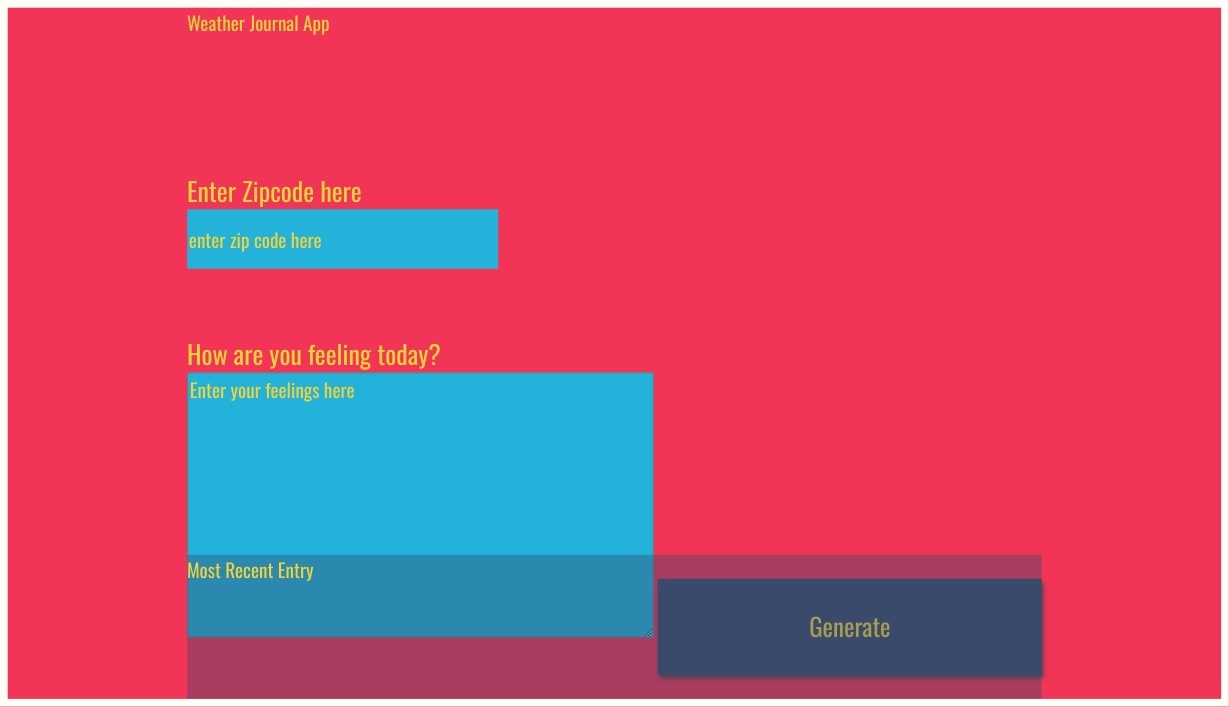
Repository: AreejAljeraiwi/travel-app
Page: src/client/views/index.html
These files come from the project's save history. The page is drawn as it stood at one moment and after the next save; the edit follows.
The browser window is 1280 px wide. The pictures show the whole page, at 96% of full size.
Some web fonts or font styles are not loaded; a fallback is used. The style sheet was rebuilt from its Sass, Less or Tailwind sources for each picture, by a compiler version that may differ from the author's.

Above is the page before, as saved 2023-07-06 10:43:35.
Not found: src/client/views/app.js

### src/client/views/index.html
<!DOCTYPE html>
<html>

<head>
  <meta charset="UTF-8">
  <title>Weather Journal</title>
  <link href="https://fonts.googleapis.com/css?family=Oswald:400,600,700|Ranga:400,700&display=swap" rel="stylesheet">
  <link rel="stylesheet" href="style.css">
</head>

<body>
  <div id="app">
    <div class="holder headline">
      Weather Journal App
    </div>
    <div class="holder zip">
      <label for="zip">Enter Zipcode here</label>
      <input type="text" id="zip" placeholder="enter zip code here">
    </div>
    <div class="holder feel">
      <label for="feelings">How are you feeling today?</label>
      <textarea class="myInput" id="feelings" placeholder="Enter your feelings here" rows="9" cols="50"></textarea>
      <button id="generate" type="submit"> Generate </button>
    </div>
    <div class="holder entry">
      <div class="title">Most Recent Entry</div>
      <div id="entryHolder">
        <div id="date"></div>
        <div id="temp"></div>
        <div id="content"></div>
      </div>
    </div>
  </div>
  <script src="app.js" type="text/javascript"></script>

</body>

</html>

### src/client/styles/style.scss
body{
    background: #fffff8;
    font-family: -apple-system, BlinkMacSystemFont, sans-serif;
}

#app{
    display: grid;
    grid-auto-rows: minmax(150px, auto);
    /* grid-template-columns:  */
    height:100vh;
    background: #f23557;
    color: #f0d43a;
    justify-content: center;
    grid-gap: 1em;
    font-size: 20px;
    font-family: 'Oswald', sans-serif;
}

.holder{

}

.entry{
    background: rgba(59, 74, 107, .4);
}

#entryHolder{

}

#date{

}

#temp{

}

#content{

}

.headline {

}
.title{

}

/*  Basic Styling To Override Default For Basic HTML Elements */
label{
    display:block;
    font-size: 27px;
}

input{
    display:block;
    height: 60px;
    width: 320px;
    background:#22b2da;
    color: #f0d43a;
    font-size: 20px;
    font-family: 'Oswald', sans-serif;
    border: none;
}

button{
    width: 400px;
    height: 100px;
    background: #3b4a6b;
    color: #f0d43a;
    font-size: 26px;
    font-family: 'Oswald', sans-serif;
    border: none;
    box-shadow: 2px 4px 5px #444;
}
h1{
    font-size: 36px;
}

textarea{
    background:#22b2da;
    color: #f0d43a;
    font-size: 20px;
    font-family: 'Oswald', sans-serif;
}
/* Reset style for HTML element on active to have no border*/
input:focus,
select:focus,
textarea:focus,
button:focus {
    outline: none;
}
/* Style for Placeholder Text*/
::placeholder { /* Firefox, Chrome, Opera */
    color: #f0d43a;
    font-family: 'Oswald', sans-serif;

}

:-ms-input-placeholder { /* Internet Explorer 10-11 */
    color: #f0d43a;
    font-family: 'Oswald', sans-serif;

}

::-ms-input-placeholder { /* Microsoft Edge */
    color: #f0d43a;
    font-family: 'Oswald', sans-serif;

}

After the next save:
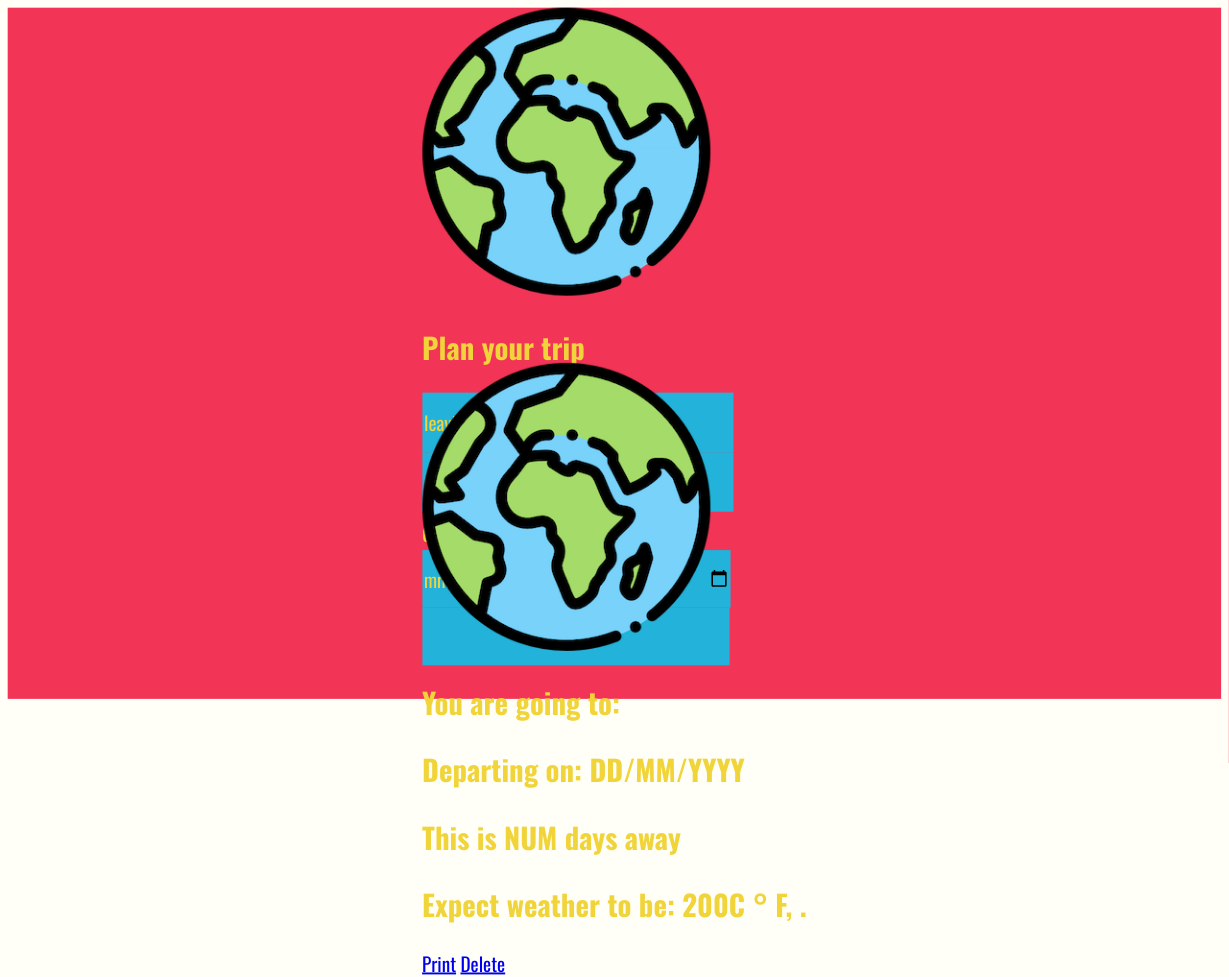
Saved 50 min 6 s later.
--- a/src/client/views/index.html
+++ b/src/client/views/index.html
@@ -3,15 +3,15 @@
 
 <head>
   <meta charset="UTF-8">
-  <title>Weather Journal</title>
+  <title>Travel Trip</title>
   <link href="https://fonts.googleapis.com/css?family=Oswald:400,600,700|Ranga:400,700&display=swap" rel="stylesheet">
   <link rel="stylesheet" href="style.css">
 </head>
 
 <body>
   <div id="app">
-    <div class="holder headline">
-      Weather Journal App
+    <!-- <div class="holder headline">
+      Travel App
     </div>
     <div class="holder zip">
       <label for="zip">Enter Zipcode here</label>
@@ -29,9 +29,63 @@
         <div id="temp"></div>
         <div id="content"></div>
       </div>
-    </div>
+    </div> -->
+       <!-- Section Planner -->
+
+       <section id="planner" class="section section__planner">
+        <div class="container planner__form">
+          <div class="form__image section__image">
+            <img src="./img/planet-earth.png" alt="planet Earth icon">
+          </div>
+          <form class="form__content" id="form">
+            <h2 class="form__heading">Plan your trip</h2>
+            <input type="text" class="form__input input__from" name="from" placeholder="leaving from..."
+              autocomplete="off" required>
+            <input type="text" class="form__input input__to" name="to" placeholder="going to..." autocomplete="off"
+              required>
+            <label class="date__label" for="date">departing on...</label>
+            <input type="date" class="form__input input__date" name="date" required>
+            <input type="submit" class="input__submit" name="submit" value="Submit">
+          </form>
+        </div>
+      </section>
+
+      <section id="result" class="section section__result invisible">
+        <div class="container results">
+          <div class="result__image">
+            <img src="../views/img/planet-earth.png" alt="destination image" id="fromPixabay">
+          </div>
+          <div class="result__content">
+
+            <i class="city__icon icon__result fas fa-map-pin"></i>
+            <h2 class="city__name text__result">You are going to: <span id="city"></span></h2>
+            <i class="date__icon icon__result fas fa-calendar-day"></i>
+            <h2 class="date__name text__result">Departing on: <span id="date">DD/MM/YYYY</span></h2>
+
+            <i class="days__icon icon__result fas fa-suitcase-rolling"></i>
+            <h2 class="days__name text__result">This is <span id="days"> NUM </span> days away</h2>
+
+            <i class="weather__icon icon__result fas fa-cloud-sun-rain"></i>
+            <h2 class="weather__name text__result">Expect weather to be: <span id="temp">200C</span> &#176; F, <span
+                id="summary"></span>.</h2>
+
+            <a class="button button__save" id="save" href="#">Print</a>
+            <a class="button button__delete" id="delete" href="#">Delete</a>
+
+          </div>
+        </div>
+      </section>
   </div>
-  <script src="app.js" type="text/javascript"></script>
+  <!-- Service Workers -->
+  <script>
+    // Check that service workers are supported
+    if ('serviceWorker' in navigator) {
+      // Use the window load event to keep the page load performant
+      window.addEventListener('load', () => {
+        navigator.serviceWorker.register('/service-worker.js');
+      });
+    }
+  </script>
 
 </body>
 
